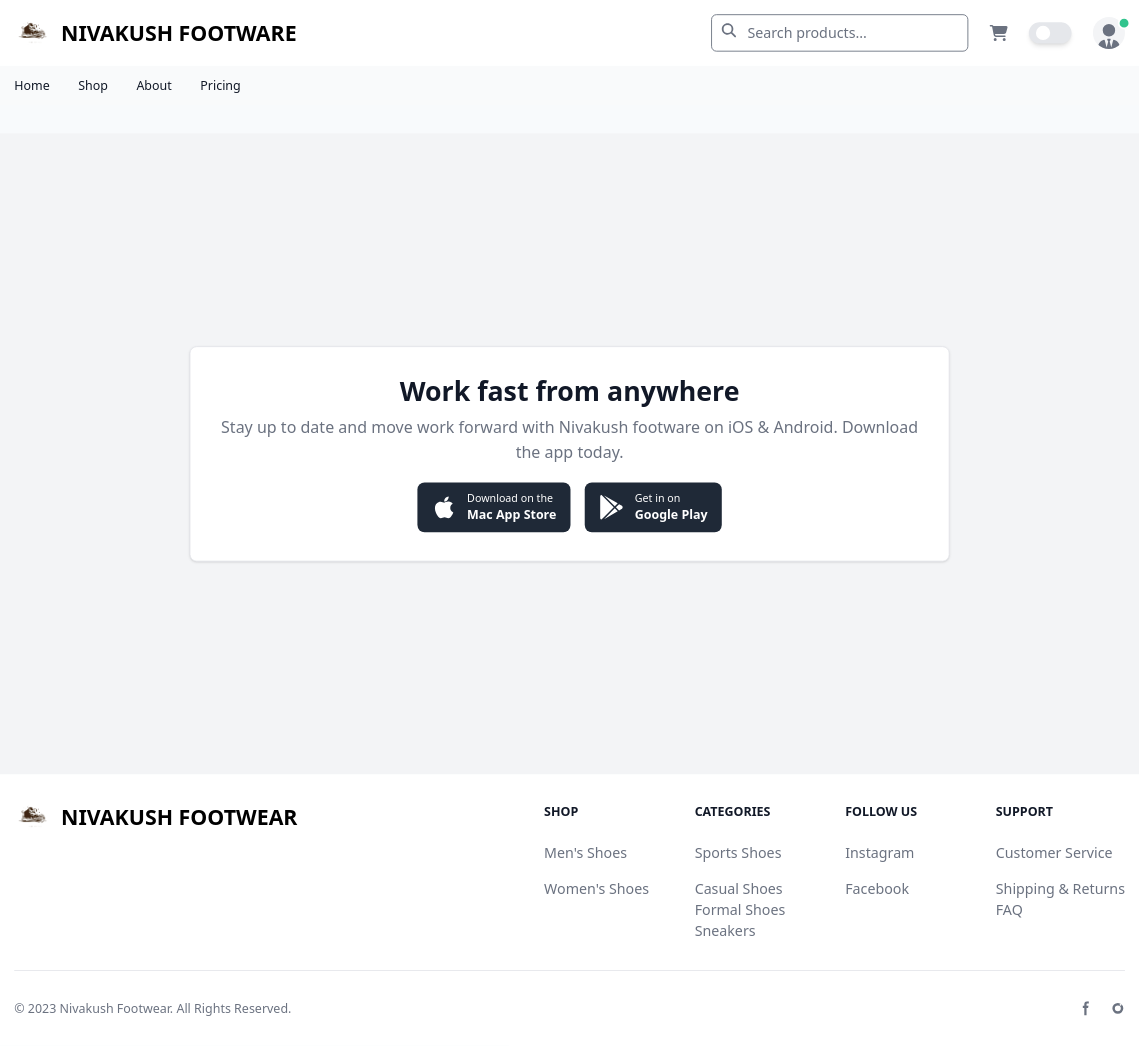
Repository: sibi24sibi/shoe-ecommerce
Page: /shop
An editor plug-in stored every save of this project. The page is shown before and after the next save, followed by the edit.
The browser window is 1280 px wide. The pictures show the whole page, at 89% of full size.
Some web fonts or font styles are not loaded; a fallback is used. Some web libraries are served in a nearby version. The project was rebuilt for these pictures with package versions that can differ from the ones it lists, and the page was loaded fresh each time. Also part of the build but not shown: vite.config.js, src/Payment.jsx, src/Components/Products.jsx, src/Components/Carosel.jsx, src/Prod-page.jsx, src/Cart-page.jsx, src/ProductInfo.jsx, src/Aboutus.jsx and 3 more.

Above is the page before, as saved 2024-09-12 12:03:38.

After the next save:
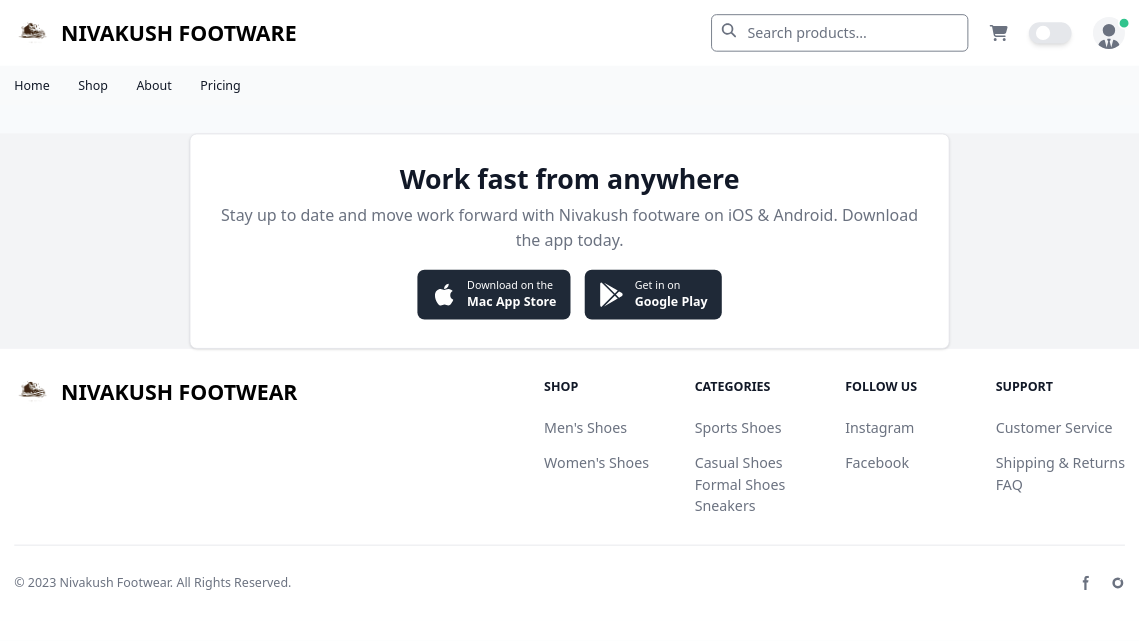
Saved 57 s later.
--- a/src/Shop.jsx
+++ b/src/Shop.jsx
@@ -2,7 +2,7 @@
 
 function Shop() {
   return (
-    <div className=" h-screen flex items-center justify-center bg-gray-100 dark:bg-gray-950 ">
+    <div className=" h-auto flex items-center justify-center bg-gray-100 dark:bg-gray-950 ">
       <div className="w-4/6 p-4 text-center bg-white border border-gray-200 rounded-lg shadow sm:p-8 dark:bg-gray-800 dark:border-gray-700">
         <h5 className="mb-2 text-3xl font-bold text-gray-900 dark:text-white">
           Work fast from anywhere

After the 5 saves that followed:
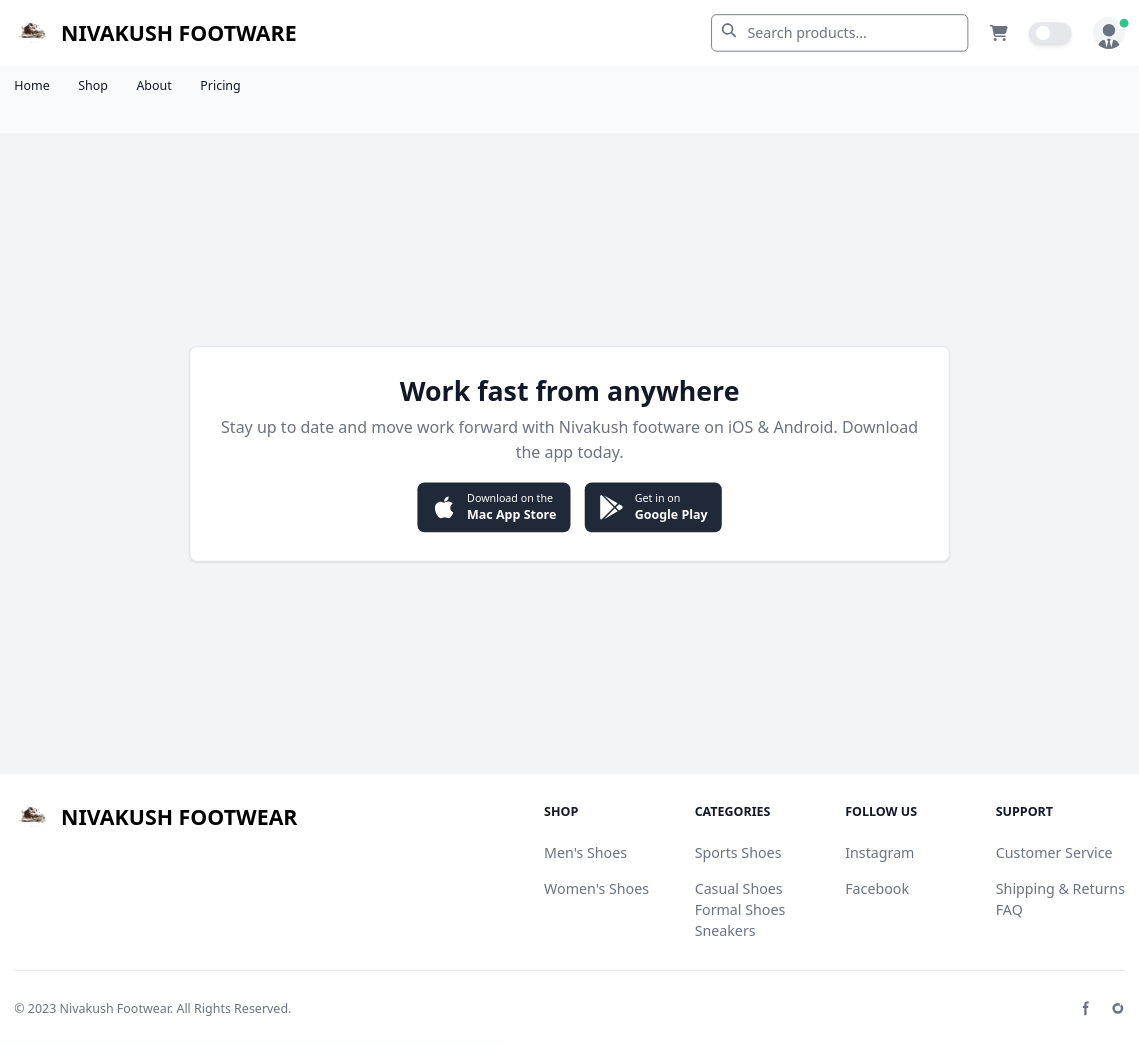
The 5 saves are shown as one change because 4 left the picture as it was.
The last was saved 62 s later.
--- a/src/Shop.jsx
+++ b/src/Shop.jsx
@@ -2,7 +2,7 @@
 
 function Shop() {
   return (
-    <div className=" h-auto flex items-center justify-center bg-gray-100 dark:bg-gray-950 ">
+    <div className=" h-svh flex items-center justify-center bg-gray-100 dark:bg-gray-950 ">
       <div className="w-4/6 p-4 text-center bg-white border border-gray-200 rounded-lg shadow sm:p-8 dark:bg-gray-800 dark:border-gray-700">
         <h5 className="mb-2 text-3xl font-bold text-gray-900 dark:text-white">
           Work fast from anywhere
